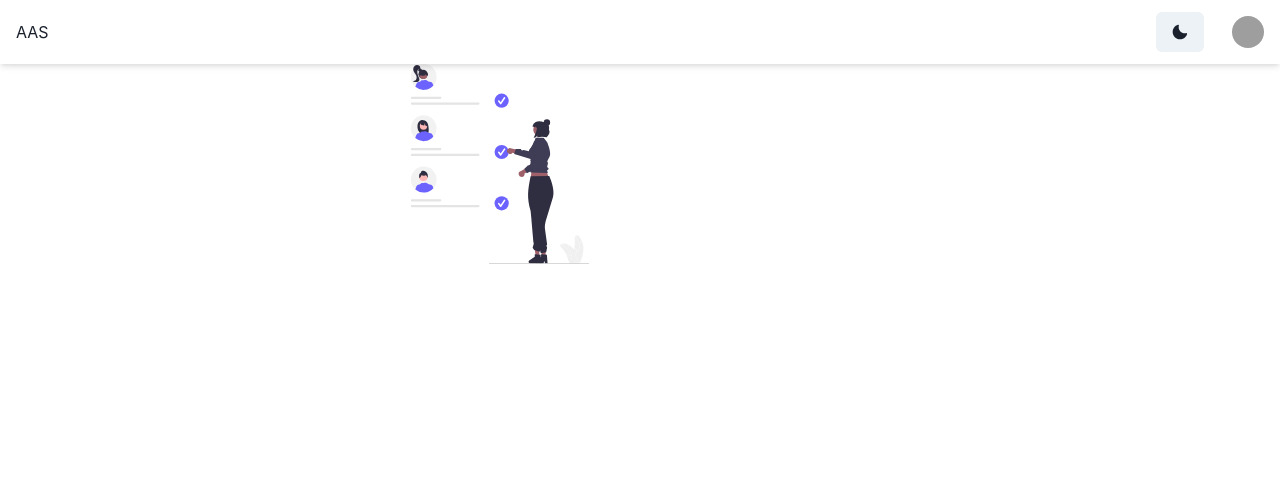
Repository: shash0708/attendence
Page: /
An editor plug-in stored every save of this project. The page is shown before and after the next save, followed by the edit.
The browser window is 1280 px wide. The pictures show the whole page.
Pictures or frames that could not be fetched are drawn as grey boxes. The project was rebuilt for these pictures with package versions that can differ from the ones it lists, and the page was loaded fresh each time. Also part of the build but not shown: src/App.css, src/components/Login/Login.component.jsx, src/components/Signup/Signup.component.jsx, src/routes/Authentication/Authentication.component.jsx.

Above is the page before, as saved 2024-04-06 19:11:53.

### src/index.js
import React from 'react';
import ReactDOM from 'react-dom/client';
import './index.css';
import App from './App';
import reportWebVitals from './reportWebVitals';
import { BrowserRouter } from 'react-router-dom';
import { ChakraProvider } from '@chakra-ui/react'

const root = ReactDOM.createRoot(document.getElementById('root'));
root.render(
  <React.StrictMode>
  <BrowserRouter>
<ChakraProvider>
    <App />
    </ChakraProvider>
    </BrowserRouter>

  </React.StrictMode>
);

// If you want to start measuring performance in your app, pass a function
// to log results (for example: reportWebVitals(console.log))
// or send to an analytics endpoint. Learn more: https://bit.ly/CRA-vitals
reportWebVitals();

### src/App.js
import './App.css';
import Home from './routes/Home/Home.component.jsx'
import { Routes,Route} from 'react-router-dom';
import Authentication from './routes/Authentication/Authentication.component';

function App() {
  return (
    <Routes>
    <Route index element={<Home/>}/>

    <Route path='auth' element={<Authentication/>}/>

    </Routes>
  );
}

export default App;

### src/routes/Home/Home.component.jsx
import React from 'react'
import { Outlet } from 'react-router-dom';
import Nav from '../../components/Navbar/Navbar.component';
import HomeProp from '../../components/homeProp/HomeProp.component';
const Home  = () => {
  return (
    <div>
       <Nav/>
       <HomeProp />
       <Outlet/>
    </div>
  )
}

export  default Home;

### client/src/components/Navbar/Navbar.component.jsx
'use client'

import {
  Box,
  Flex,
  Avatar,
  Text,
  Button,
  Menu,
  MenuButton,
  MenuList,
  MenuItem,
  MenuDivider,
  useDisclosure,
  useColorModeValue,
  Stack,
  useColorMode,
  Center,
} from '@chakra-ui/react'
import { MoonIcon, SunIcon } from '@chakra-ui/icons'
import { Link, Outlet } from 'react-router-dom';

const NavLink = (props) => {
  const { children } = props

  return (
    <Box
      as="a"
      px={2}
      py={1}
      rounded={'md'}
      _hover={{
        textDecoration: 'none',
        bg: useColorModeValue('gray.200', 'gray.700'),
      }}
      href={'#'}>
      {children}
    </Box>
  )
}

export default function Nav() {
  const { colorMode, toggleColorMode } = useColorMode();
  const { isOpen, onOpen, onClose } = useDisclosure();
  return (
    <div>
      <Box

        px={4}
        shadow="md"
        style={{ backdropFilter: 'blur(10px)' }} // Adds blur effect to the background
      >
        <Flex h={16} alignItems={'center'} justifyContent={'space-between'}>
          <Box>
          <Link to="/">AAS</Link>

          </Box>

          <Flex alignItems={'center'}>
            <Stack direction={'row'} spacing={7}>
              <Button onClick={toggleColorMode}>
                {colorMode === 'light' ? <MoonIcon /> : <SunIcon />}
              </Button>

              <Menu>
                <MenuButton
                  as={Button}
                  rounded={'full'}
                  variant={'link'}
                  cursor={'pointer'}
                  minW={0}>
                  <Avatar
                    size={'sm'}
                    src={'https://avatars.dicebear.com/api/male/username.svg'}
                  />
                </MenuButton>
                <MenuList alignItems={'center'} shadow="lg">
                  <br />
                  <Center>
                    <Avatar
                      size={'2xl'}
                      src={'https://avatars.dicebear.com/api/male/username.svg'}
                    />
                  </Center>
                  <br />
                  <Center>
                    <p>Username</p>
                  </Center>
                  <br />
                  <MenuDivider />
                  <MenuItem>Your Servers</MenuItem>
                  <MenuItem>Account Settings</MenuItem>
                  <MenuItem>Logout</MenuItem>
                </MenuList>
              </Menu>
            </Stack>
          </Flex>
        </Flex>
      </Box>
      <Outlet />
    </div>
  );
}

### src/components/homeProp/HomeProp.component.jsx
import React from 'react'
import { ReactComponent as HomeLogo } from '../../assests/home.svg'
import './HomeProp.styles.scss';
const HomeProp= () => {
  return (
    <div>
      <HomeLogo className='home-prop'/>
    </div>
  )
}

export default HomeProp;

### src/components/homeProp/HomeProp.styles.scss
// Use variables to style your logo
.home-prop{
  width: 1000px;
  height: 200px;  // Add other styling properties as needed
}

Loaded but not shown: public/index.html (common file); src/index.css (common file); src/reportWebVitals.js (common file)

After the next save:
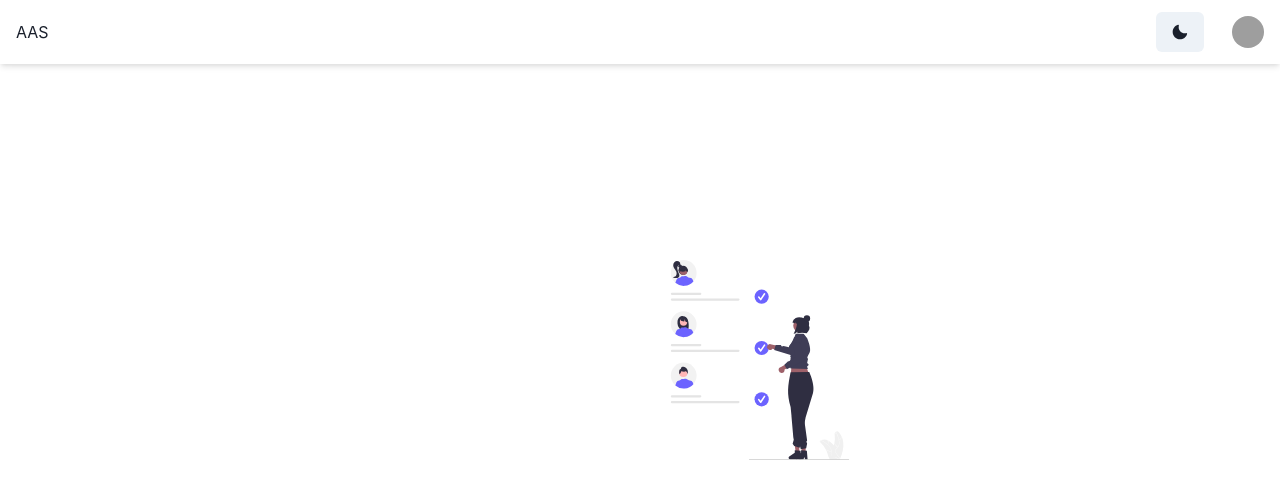
Saved 111 s later.
--- a/src/components/homeProp/HomeProp.styles.scss
+++ b/src/components/homeProp/HomeProp.styles.scss
@@ -2,4 +2,8 @@
 .home-prop{
   width: 1000px;
   height: 200px;  // Add other styling properties as needed
+  position: fixed;
+  top: 50%; // Adjust as needed
+  right: 20px; // Adjust as needed
+  transform: translateY(-50%);
 }
